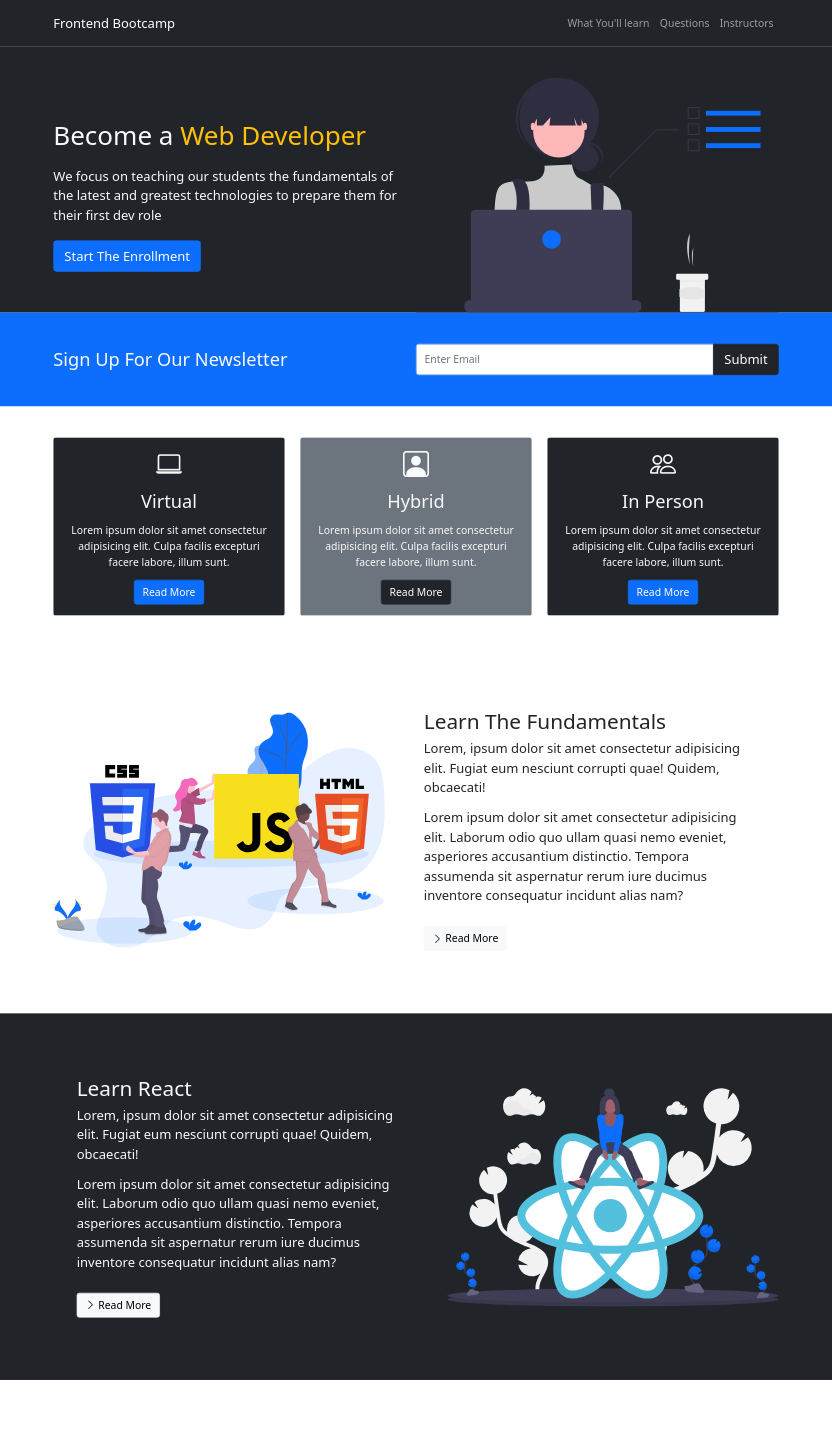
Repository: Marhamat92/Bootstrap5-Responsive-Website-
Page: index.html
An editor plug-in stored every save of this project. The page is shown before and after the next save, followed by the edit.
The browser window is 1280 px wide. The pictures show the whole page, at 65% of full size.
Some web libraries are served in a nearby version.

Above is the page before, as saved 2021-09-18 17:52:54.

### index.html
<!DOCTYPE html>
<html lang="en">

<head>
    <meta charset="UTF-8">
    <meta http-equiv="X-UA-Compatible" content="IE=edge">
    <meta name="viewport" content="width=device-width, initial-scale=1.0">
    <link href="https://cdn.jsdelivr.net/npm/bootstrap@5.0.2/dist/css/bootstrap.min.css" rel="stylesheet"
        integrity="sha384-EVSTQN3/azprG1Anm3QDgpJLIm9Nao0Yz1ztcQTwFspd3yD65VohhpuuCOmLASjC" crossorigin="anonymous">
    <link rel="stylesheet" href="https://cdn.jsdelivr.net/npm/bootstrap-icons@1.3.0/font/bootstrap-icons.css">
    <link rel="stylesheet" href="style.css">
    <title>Frontend Bootcamp</title>

</head>

<body>
    <!--Navbar-->
    <nav class="navbar navbar-expand-lg bg-dark navbar-dark py-3 fix-top">
        <div class="container">
            <a href="#" class="navbar-brand">Frontend Bootcamp</a>
            <button class="navbar-toggler" type="button" data-bs-toggle="collapse" data-bs-target="#navmenu">
                <span class="navbar-toggler-icon"></span>
            </button>
            <div class="collapse navbar-collapse" id="navmenu">
                <ul class="navbar-nav ms-auto">
                    <li class="nav-item">
                        <a href="#learn" class="nav-link">What You'll learn</a>
                    </li>
                    <li class="nav-item">
                        <a href="#questions" class="nav-link">Questions</a>
                    </li>
                    <li class="nav-item">
                        <a href="#instructors" class="nav-link">Instructors</a>
                    </li>
                </ul>
            </div>
        </div>
    </nav>

    <!--Showcase-->

    <section class="bg-dark text-light p-5 p-lg-0 pt-lg-5 text-center text-sm-start">
        <div class="container">
            <div class="d-sm-flex align-items-center justify-content-between">
                <div>
                    <h1>Become a <span class="text-warning">Web Developer</span> </h1>
                    <p class="lead my-4">We focus on teaching our students the fundamentals of the latest and
                        greatest technologies to prepare them for their first dev role
                    </p>
                    <button class="btn btn-primary btn-lg">Start The Enrollment</button>
                </div>
                <img class="img-fluid w-50 d-none d-sm-block" src="img/showcase.svg" alt="showcase">
            </div>
        </div>
    </section>


    <!--Newsletter-->
    <section class=" bg-primary text-light p-5">
        <div class="container">
            <div class="d-md-flex justify-content-between align-items-center">
                <h3 class="mb-3 mb-md-0">Sign Up For Our Newsletter</h3>
                <div class="input-group news-input">
                    <input type="text" class="form-control" placeholder="Enter Email">
                    <button class="btn btn-dark btn-lg" type="button">Submit</button>
                </div>

            </div>
        </div>
    </section>

    <!--Boxes-->
    <section class="p-5">
        <div class="container">
            <div class="row text-center g-4">
                <div class="col-md">
                    <div class="card bg-dark text-light">
                        <div class="card-body text-center">
                            <div class="h1 mb-3"><i class="bi bi-laptop"></i>
                            </div>
                            <h3 class="title mb-3">Virtual</h3>
                            <p class="card-text">
                                Lorem ipsum dolor sit amet consectetur adipisicing elit. Culpa facilis excepturi facere
                                labore, illum sunt.
                            </p>
                            <a href="#" class="btn btn-primary">Read More</a>
                        </div>
                    </div>
                </div>
                <div class="col-md">
                    <div class="card bg-secondary text-light">
                        <div class="card-body text-center">
                            <div class="h1 mb-3"><i class="bi bi-person-square"></i>
                            </div>
                            <h3 class="title mb-3">Hybrid</h3>
                            <p class="card-text">
                                Lorem ipsum dolor sit amet consectetur adipisicing elit. Culpa facilis excepturi facere
                                labore, illum sunt.
                            </p>
                            <a href="#" class="btn btn-dark">Read More</a>
                        </div>
                    </div>
                </div>
                <div class="col-md">
                    <div class="card bg-dark text-light">
                        <div class="card-body text-center">
                            <div class="h1 mb-3"><i class="bi bi-people"></i>
                            </div>
                            <h3 class="title mb-3">In Person</h3>
                            <p class="card-text">
                                Lorem ipsum dolor sit amet consectetur adipisicing elit. Culpa facilis excepturi facere
                                labore, illum sunt.
                            </p>
                            <a href="#" class="btn btn-primary">Read More</a>
                        </div>
                    </div>
                </div>
            </div>
        </div>
    </section>

    <!--Learn Sections-->
    <section id="learn" class="p-5">
        <div class="container">
            <div class="row align-items-center justify-content-between">
                <div class="col-md">
                    <img src="img/fundamentals.svg" class="img-fluid" alt="">
                </div>
                <div class="col-md p-5">
                    <h2>Learn The Fundamentals</h2>
                    <p class="lead">
                        Lorem, ipsum dolor sit amet consectetur adipisicing elit. Fugiat eum nesciunt corrupti quae!
                        Quidem, obcaecati!
                    </p>
                    <p class="lead">Lorem ipsum dolor sit amet consectetur adipisicing elit. Laborum odio quo ullam quasi nemo eveniet, asperiores accusantium distinctio. Tempora assumenda sit aspernatur rerum iure ducimus inventore consequatur incidunt alias nam?</p>
                    <a href="#" class="btn btn-light mt-3"><i class="bi bi-chevron-right"></i> Read More</a>
                </div>
            </div>
        </div>
    </section>


<!--react section-->
    <section id="learn" class="p-5 bg-dark text-light">
        <div class="container">
            <div class="row align-items-center justify-content-between">
                <div class="col-md p-5">
                    <h2>Learn React</h2>
                    <p class="lead">
                        Lorem, ipsum dolor sit amet consectetur adipisicing elit. Fugiat eum nesciunt corrupti quae!
                        Quidem, obcaecati!
                    </p>
                    <p class="lead">Lorem ipsum dolor sit amet consectetur adipisicing elit. Laborum odio quo ullam quasi nemo eveniet, asperiores accusantium distinctio. Tempora assumenda sit aspernatur rerum iure ducimus inventore consequatur incidunt alias nam?</p>
                    <a href="#" class="btn btn-light mt-3"><i class="bi bi-chevron-right"></i> Read More</a>
                </div>
                <div class="col-md">
                    <img src="img/react.svg" class="img-fluid" alt="">
                </div>
            </div>
        </div>
    </section>


<!--Question Accordion-->
<section id="questions" class="p-5"></section>





















    <script src="https://cdn.jsdelivr.net/npm/bootstrap@5.0.2/dist/js/bootstrap.bundle.min.js"
        integrity="sha384-MrcW6ZMFYlzcLA8Nl+NtUVF0sA7MsXsP1UyJoMp4YLEuNSfAP+JcXn/tWtIaxVXM" crossorigin="anonymous">
    </script>
</body>

</html>

### style.css
@media (min-width:768px) {
    .news-input{
        width:50%;
    }
}

After the next save:
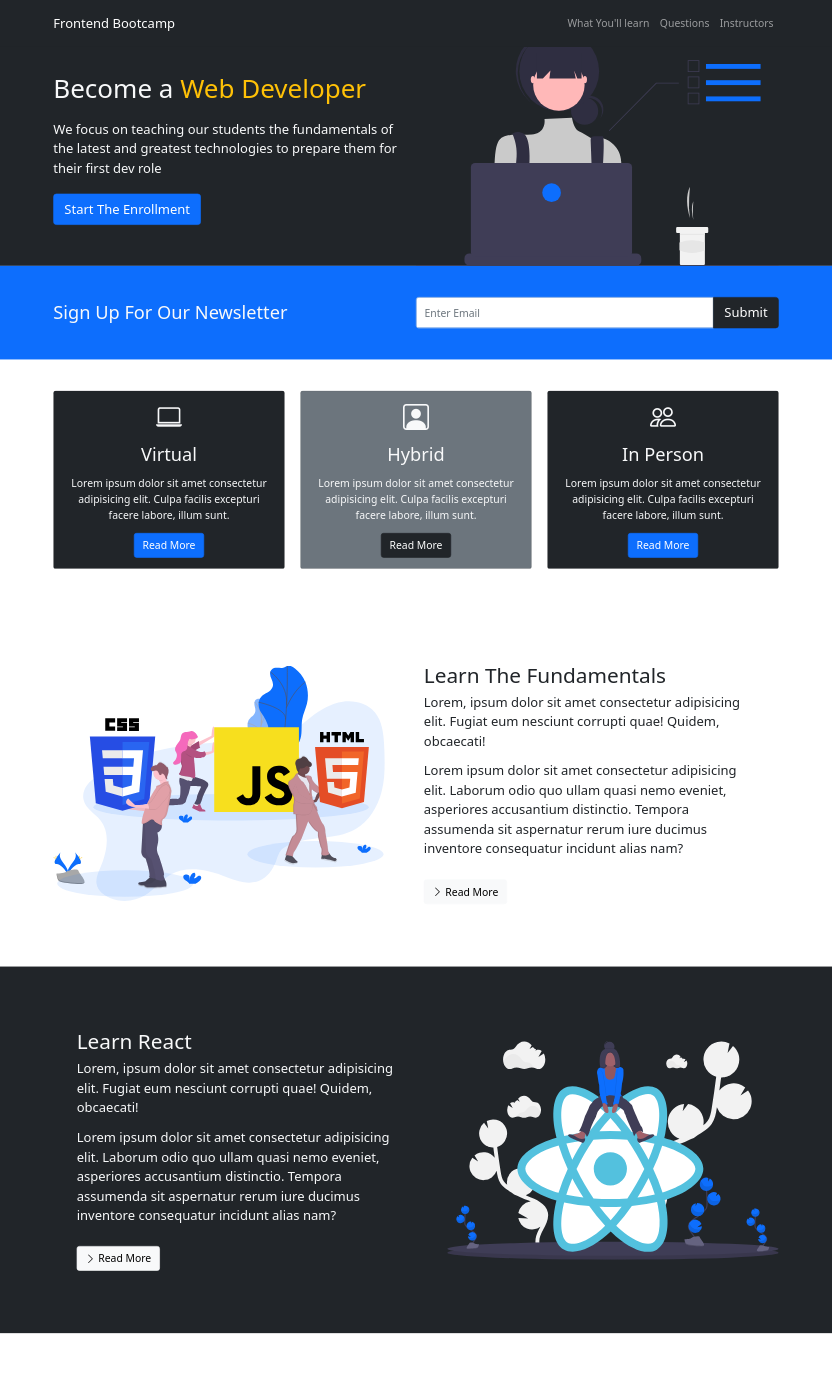
Saved 12 s later.
--- a/index.html
+++ b/index.html
@@ -15,7 +15,7 @@
 
 <body>
     <!--Navbar-->
-    <nav class="navbar navbar-expand-lg bg-dark navbar-dark py-3 fix-top">
+    <nav class="navbar navbar-expand-lg bg-dark navbar-dark py-3 fixed-top">
         <div class="container">
             <a href="#" class="navbar-brand">Frontend Bootcamp</a>
             <button class="navbar-toggler" type="button" data-bs-toggle="collapse" data-bs-target="#navmenu">
